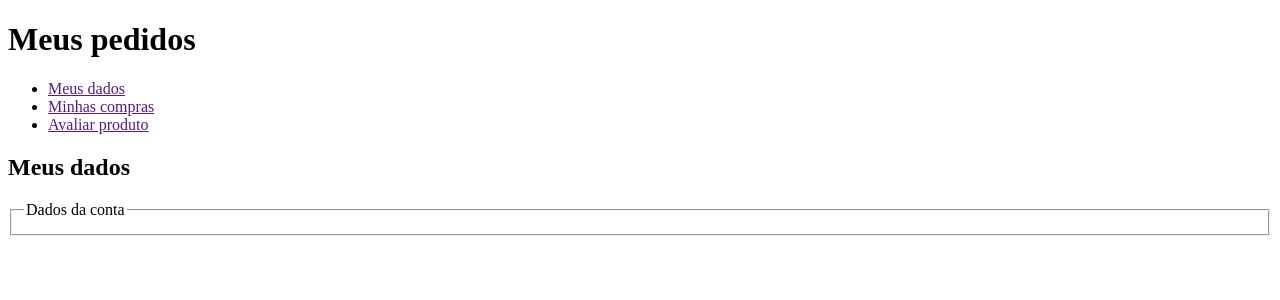
Repository: claudemir-camargo/site-compras
Page: index.html
The author's editor kept a copy of each file at every save. The page is drawn from the files as they stood at one save, then again after the next save.
The browser window is 1280 px wide. The pictures show the whole page.

Above is the page before, as saved 2024-02-27 20:08:56.

After the next save:
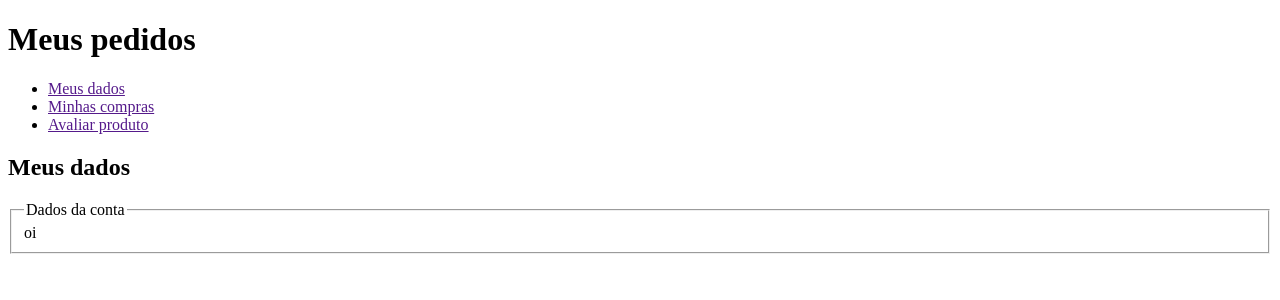
Saved 28 s later.
--- a/index.html
+++ b/index.html
@@ -16,7 +16,7 @@
     <fieldset>
         <legend>Dados da conta</legend>
         <form>
-
+            <label>oi</label>
         </form>
     </fieldset>
 </body>
